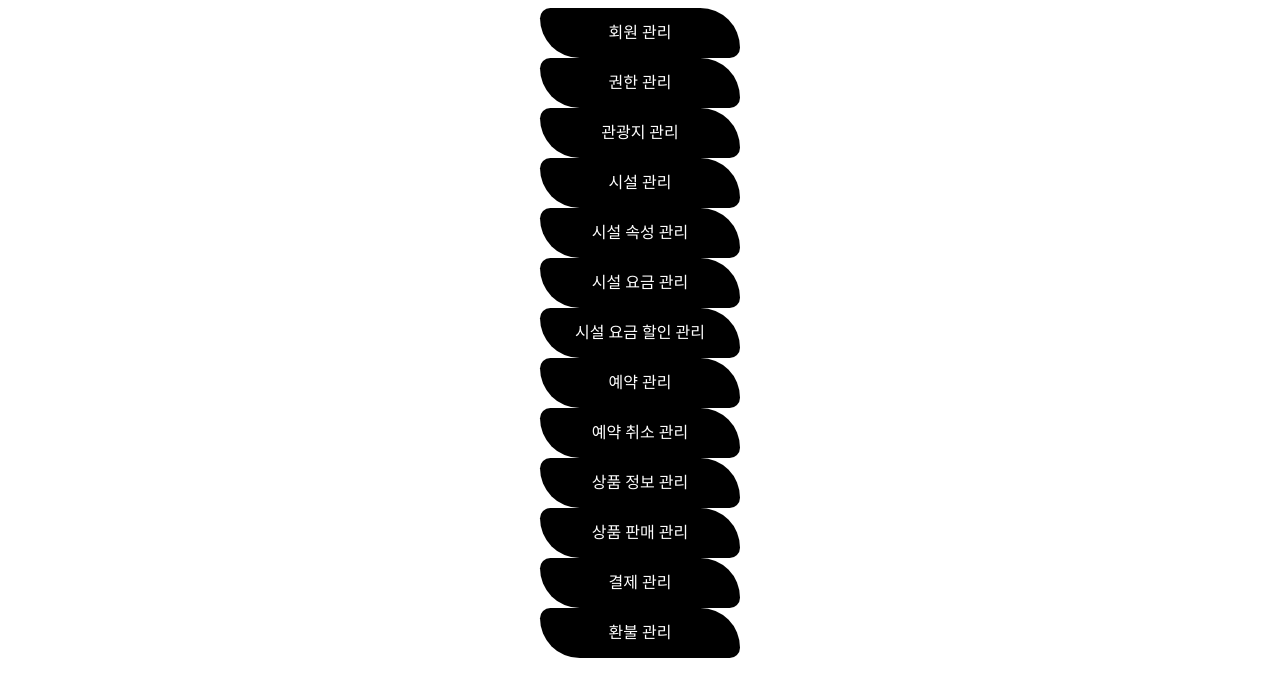
Repository: psyoongsc/SogongDo_Facility
Page: http://localhost/SogongDo_Management_System/
The author's editor kept a copy of each file at every save. The page is drawn from the files as they stood at one save, then again after the next save.
The browser window is 1280 px wide. The pictures show the whole page.
The page is served by Tomcat 9. Nobody is signed in. The application's start-up code is not run.

Above is the page before, as saved 2020-06-25 14:39:06.

After the next save:
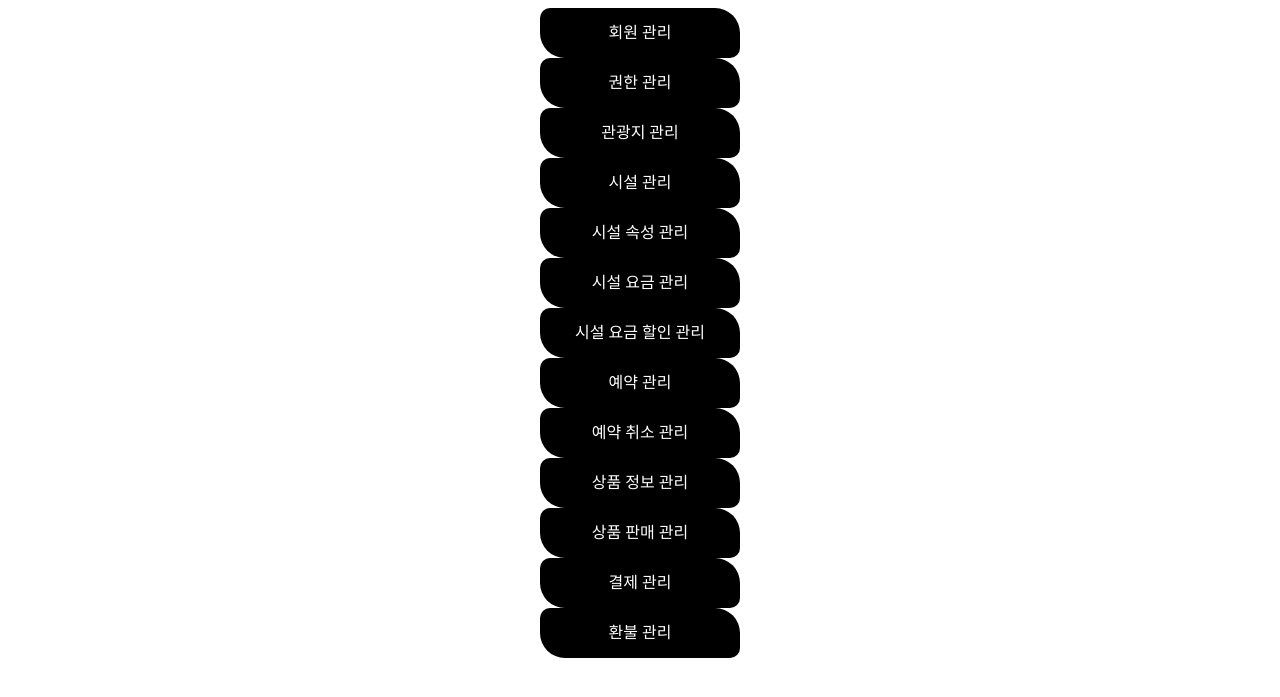
Saved 72 s later.
--- a/SogongDo_Management_System/WebContent/index.jsp
+++ b/SogongDo_Management_System/WebContent/index.jsp
@@ -14,7 +14,7 @@ a {
 	line-height: 50px;
 	font-size: medium;
 	display: inline-block;
-	border-radius: 13px 50px;
+	border-radius: 10px 25px;
 }
 
 a:link {
